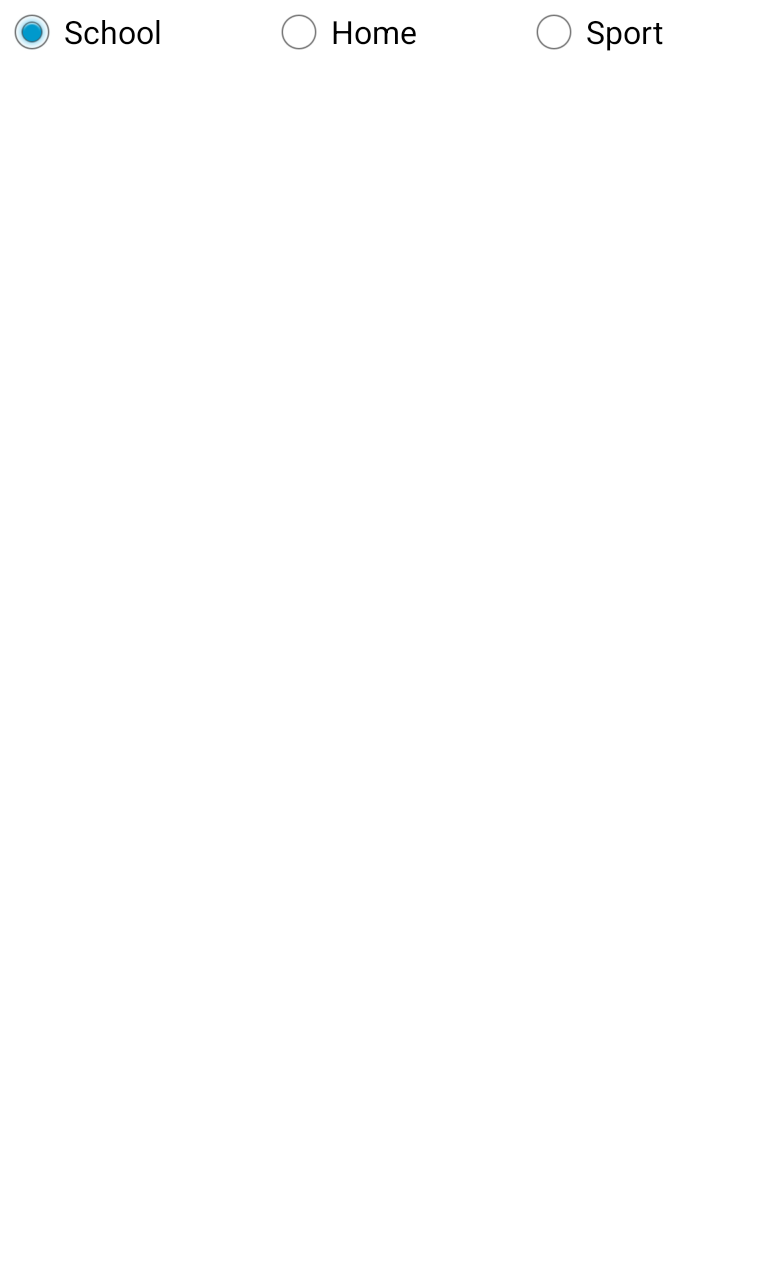
Repository: sehmon/workspace-eclipse
Layout: MilesTracker/res/layout/test_fragment_new_mile.xml
The author's editor kept a copy of each file at every save. The layout is drawn from the files as they stood at one save, then again after the next save.
It is drawn on a 768 x 1280 px phone screen (xhdpi) without system bars, with theme AppTheme; the app's code is not run.

Above is the layout before, as saved 2014-04-06 03:08:53.

After the next save:
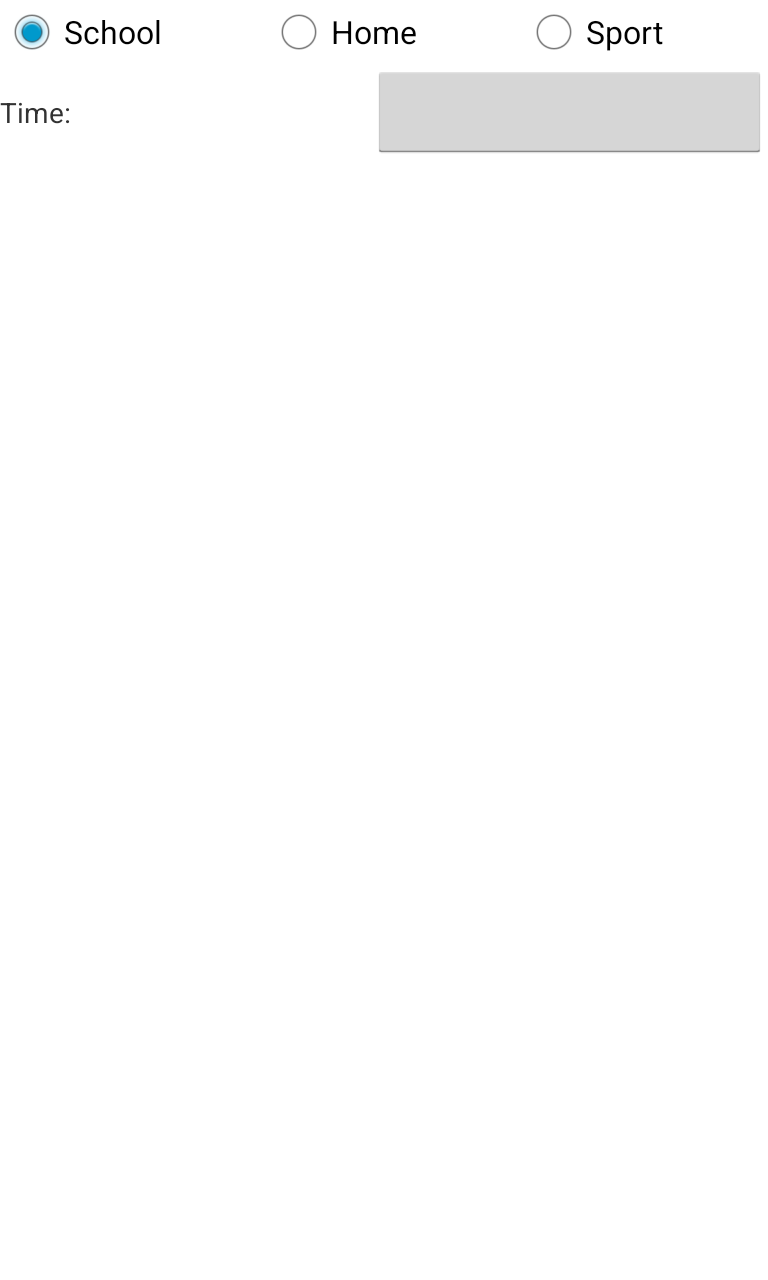
Saved 76 s later.
--- a/MilesTracker/res/layout/test_fragment_new_mile.xml
+++ b/MilesTracker/res/layout/test_fragment_new_mile.xml
@@ -34,5 +34,27 @@
 
         </LinearLayout>
 
+      <TableRow
+          android:layout_width="wrap_content"
+          android:layout_height="wrap_content"
+          >
+
+
+          <TextView
+              android:id="@+id/newMileTimeTextView"
+            android:layout_width="wrap_content"
+            android:layout_height="wrap_content"
+            android:layout_weight="1"
+            android:text="@string/new_mile_time"/>
+
+          <Button
+            android:id="@+id/timeButton"
+            style="?android:attr/buttonStyleSmall"
+            android:layout_width="wrap_content"
+            android:layout_height="wrap_content"
+            android:layout_weight="1" />
+
+      </TableRow>
+
 
 </TableLayout>
